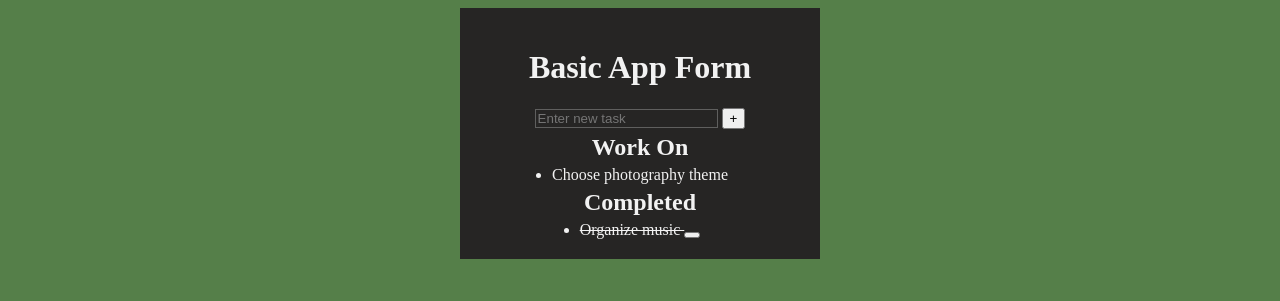
Repository: Kayla-amr/dgm_3760
Page: todoTemplate-W2/index.html
An editor plug-in stored every save of this project. The page is shown before and after the next save, followed by the edit.
The browser window is 1280 px wide. The pictures show the whole page.

Above is the page before, as saved 2022-10-17 18:06:05.

### todoTemplate-W2/index.html
<!DOCTYPE html>
<html lang="en">

<head>
    <meta charset="UTF-8">
    <meta http-equiv="X-UA-Compatible" content="IE=edge">
    <meta name="viewport" content="width=device-width, initial-scale=1.0">
    <link rel="stylesheet" href="styles.css">
    <title>Basic Todo App</title>
</head>

<body>
    <main>
        <div class="taskForm">
            <h1 class="formTitle"></h1>
            <div>
                <input class="userInput" type="text" placeholder="Enter new task">
                <button class="addTask">+</button>
            </div>
            <h2>Work On</h2>
            <ul class='todoTasks'>
            </ul>
            <h2>Completed</h2>
            <ul class='completedTasks'>
            </ul>
    </main>

    </div>
</body>
<script src="/todoTemplate-W2/index.js"></script>

</html>

### todoTemplate-W2/styles.css
body{
    background-color: #557f49;
    color: #f2f2f2;
}
main{
    display: flex;
    justify-content: center;
}
h2{
    margin: 0;
    padding: 5px;
}
.taskForm{
    background-color: #262524;
    padding: 20px;
    width: 20rem;
    display: flex;
    flex-direction: column;
    align-items: center;
}

.todoTasks{
    margin: 0;
    padding: 0;
}
.completedTasks{
    margin: 0;
    padding: 0;
}
.userInput{
    background-color: #eaaf1900;
    border: 1px solid #808080a1;
    color: #f2f2f2;
}

### todoTemplate-W2/index.js
let myList = [
	{
		id: 0,
		name: 'Choose photography theme',
		category: 'Homework',
		due_date: 'Tomorrow',
		status: false
	},
	{
		id: 1,
		name: 'Organize music',
		category: 'Chores',
		due_date: 'Wednesday',
		status: true
	}
];

//app title
document.querySelector('.formTitle').innerText = 'Basic App Form';

//view todods


function displayTodos(todos) {
	//clear out any tasks (li elements) that are in the UL
	todoTaskUl.innerHTML = '';
  completedTaskUL.innerHTML = '';
	//for each todo in the array, add it to the container UL
	todos.forEach(function(myTask) {
    if (myTask.status != true) {
      todoTaskUl.innerHTML += `<li data-todoId='${myTask.id}'> ${myTask.name} </li>`;
    } else {
      completedTaskUL.style.textDecoration = 'line-through'
      completedTaskUL.innerHTML += `<li data-todoId='${myTask.id}'> ${myTask.name} <button></li>`;
    }

	});
}

//add todos





function addTask(){
  let userInput = document.querySelector('.userInput').value;

  const newTodoObj = {
	id: myList.length + 1,
	name: userInput,
	category: null,
	due_date: null,
	status: false
}

  myList.push(newTodoObj);
  displayTodos(myList)
}

// create a function to complete todos
function editTask(){
  const clickedTodoId = event.target.dataset.todoid
	const todoIdx = myList.findIndex((todo) => todo.id == clickedTodoId)
  myList[todoIdx].status = !myList[todoIdx].status
  displayTodos(myList)
	// function will take 1 parameter (input) an id of the todo to complete
	// find the todo to complete and then change the value of status in the todo object
		//use the .findIndex method to get the index
		//then edit the object directly using bracket notation
		//IE: myList[todoIDX].status
}

//create a function to delete todos
function deleteTask(){
	//much the same as the complete todo function
	//instead of editing the object, you will need to remove it from the array
}


//for complete and delete event listeners you will need to listen for events on the UL


const addBtn = document.querySelector('.addTask') //store element object for the add task button
const todoTaskUl = document.querySelector('.todoTasks'); //get a reference to the task container UL
const completedTaskUL = document.querySelector('.completedTasks'); //get a reference to the task container UL

addBtn.addEventListener('click', (event) => {
	addTask()
})

todoTaskUl.addEventListener('click', (event) => {
	editTask()
})

completedTaskUL.addEventListener('click', (event) => {
  editTask()
})

//on page load, show the todos
displayTodos(myList)

After the next save:
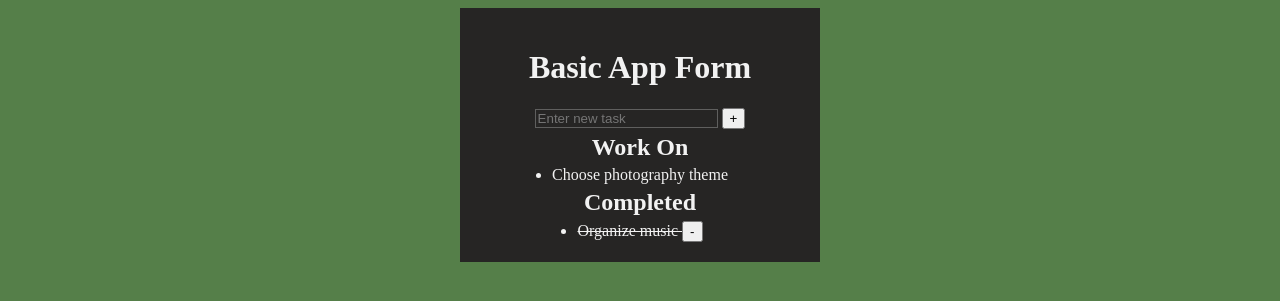
Saved 4 s later.
--- a/todoTemplate-W2/index.js
+++ b/todoTemplate-W2/index.js
@@ -31,7 +31,7 @@ function displayTodos(todos) {
       todoTaskUl.innerHTML += `<li data-todoId='${myTask.id}'> ${myTask.name} </li>`;
     } else {
       completedTaskUL.style.textDecoration = 'line-through'
-      completedTaskUL.innerHTML += `<li data-todoId='${myTask.id}'> ${myTask.name} <button></li>`;
+      completedTaskUL.innerHTML += `<li data-todoId='${myTask.id}'> ${myTask.name} <button>-</button></li>`;
     }
 
 	});
